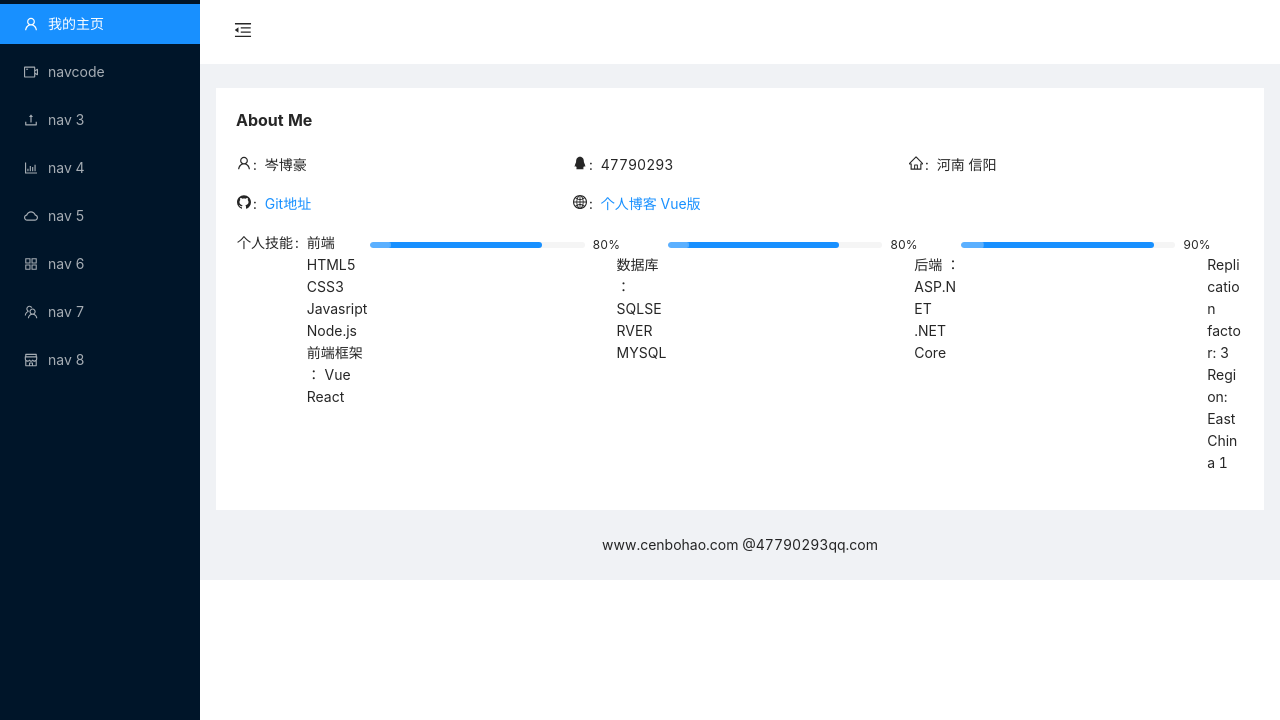
Repository: CBH20010703/bolgsweb
Page: /index (app in blogs/)
An editor plug-in stored every save of this project. The page is shown before and after the next save, followed by the edit.
The browser window is 1280 px wide. The pictures show the whole page.
The project was rebuilt for these pictures with package versions that can differ from the ones it lists, and the page was loaded fresh each time. Also part of the build but not shown: blogs/src/view/Login/Login.jsx, blogs/src/component/Menu/MenuList.css, blogs/src/view/Home/Home.css, blogs/src/view/NavCode/NavCode.css, blogs/src/view/NavCode/NavCode.jsx, blogs/src/view/404/Error.jsx.

Above is the page before, as saved 2021-06-27 22:28:25.

### blogs/src/index.js
import React from 'react';
import ReactDOM from 'react-dom';
import './index.css';
import App from './App';
import { BrowserRouter} from 'react-router-dom'


ReactDOM.render(<BrowserRouter><App /></BrowserRouter>,document.getElementById('root'));

### blogs/src/App.js
import './App.css';
import { React, Component } from "react";

import  RouterMap from "./router/RouterMap"
export default class  App extends Component {
  constructor(props) {
    super(props);
    this.state = {  collapsed: false, }
  }
  toggle = (data) => {
     console.log(data)
    this.setState({
      collapsed: data,
    });
  };
  render() {
    return (
      <RouterMap/>
    );
  }
}

### blogs/src/router/RouterMap.js
import React from 'react'
import {  Route, Switch} from 'react-router-dom'
import Login from "../view/Login/Login"
import Context from '../view/context/context'
import Error from '../view/404/Error'
export default class RouterMap  extends React.Component {
    render() {
        return (


            <Switch>
                 <Route  path="/"  component={Context}/>
                <Route path="/login" component={Login} />

                    <Route path="*" component={Error} />

               </Switch>


        )
    }
}

### blogs/src/view/context/context.jsx

import { React, Component } from "react";
import Headers from '../../component/Header/Headers';
import MenuList from '../../component/Menu/MenuList';
import Footers from '../../component/Footer/Footers';

import { Layout } from 'antd';
import { Redirect, Route, Switch } from 'react-router-dom'
import Home from "../Home/Home.jsx";
import Navcode from "../NavCode/NavCode.jsx"
import Error from "../404/Error";
const { Content, Sider } = Layout;
export default class Context extends Component {
  constructor(props) {
    super(props);
    this.state = { collapsed: false, }
  }
  toggle = (data) => {
    console.log(data)
    this.setState({
      collapsed: data,
    });
  };
  render() {
    return (

      <Layout>
        <Sider trigger={null} collapsible collapsed={this.state.collapsed}
          style={{
            overflow: 'auto',
            height: '100vh',
            position: 'fixed',
            left: 0,
          }}
        >
          <MenuList />
        </Sider>
        <Layout className="site-layout" style={{ paddingLeft: this.state.collapsed ? "60px" : "200px", transition: "0.1s ease" }}>
          <Headers toggle={this.toggle} parent={this.state.collapsed}></Headers>
          <Content style={{ margin: '24px 16px 0', height: "auto", background: "#fff" }}>
            <Switch>
              <Route path="/index" component={Home} />
              <Route path="/NavCode" component={Navcode} />
              <Route path="*" component={Error} />
              <Redirect to="/index"></Redirect>
            </Switch>
          </Content>
          <Footers />
        </Layout>
      </Layout>


    );
  }
}

### blogs/src/component/Header/Headers.jsx
import React, { Component } from 'react'
import { Layout } from 'antd';


import {
  MenuUnfoldOutlined,
  MenuFoldOutlined,
} from '@ant-design/icons';
import "./Headers.css"
const { Header } = Layout;
export default class Headers extends Component {
    constructor(props) {
        super(props)
        this.state = {
            isShow:false
        }
    }
    Tab = () => {
        let { isShow } = this.state;
        this.setState({
            isShow:!isShow
        })
        this.props.toggle(!isShow);

    }
    render() {

        return (

                <Header className="site-layout-background" style={{ paddingLeft:"10px" }} >
                     {React.createElement(this.state.isShow ? MenuUnfoldOutlined : MenuFoldOutlined, {
              className: 'trigger',
                         onClick: this.Tab,

            })}
                </Header>

        )
    }
}

### blogs/src/component/Menu/MenuList.jsx
import React, { Component } from 'react'
import { Menu } from 'antd';
import {Link} from 'react-router-dom'
import "./MenuList.css"
import {
  AppstoreOutlined,
  BarChartOutlined,
  CloudOutlined,
  ShopOutlined,
  TeamOutlined,
  UserOutlined,
  UploadOutlined,
  VideoCameraOutlined,
} from '@ant-design/icons';
export default class MenuList extends Component {
  render() {
    return (

         <Menu theme="dark" mode="inline" defaultSelectedKeys={['1']}>
          <Menu.Item key="1"  icon={<UserOutlined />}>
          <Link to="/index"> 我的主页
            </Link>

          </Menu.Item>
          <Menu.Item key="2" icon={<VideoCameraOutlined />}>
          <Link to="/NavCode"> navcode
            </Link>

          </Menu.Item>
          <Menu.Item key="3" icon={<UploadOutlined />}>
            nav 3
          </Menu.Item>
          <Menu.Item key="4" icon={<BarChartOutlined />}>
            nav 4
          </Menu.Item>
          <Menu.Item key="5" icon={<CloudOutlined />}>
            nav 5
          </Menu.Item>
          <Menu.Item key="6" icon={<AppstoreOutlined />}>
            nav 6
          </Menu.Item>
          <Menu.Item key="7" icon={<TeamOutlined />}>
            nav 7
          </Menu.Item>
          <Menu.Item key="8" icon={<ShopOutlined />}>
            nav 8
          </Menu.Item>
        </Menu>
    )
  }
}

### blogs/src/component/Footer/Footers.jsx
import React, { Component } from 'react'
import { Layout } from 'antd';
const {  Footer } = Layout;
export default class Footers extends Component {
    render() {
        return (
            <div>
               <Footer style={{ textAlign: 'center' }}>www.cenbohao.com @47790293qq.com</Footer>
            </div>
        )
    }
}

### blogs/src/view/Home/Home.jsx
import React, { Component } from 'react'
import "./Home.css"
import { Descriptions, Progress } from 'antd';
import { UserOutlined, QqOutlined, HomeOutlined, GithubOutlined, GlobalOutlined } from '@ant-design/icons';
export default class Home extends Component {

    handleClick = e => {
        console.log('click ', e);
    };
    render() {
        return (

            <div style={{ padding: "20px" }}>
                <Descriptions title="About Me">
                    <Descriptions.Item label={<UserOutlined />}>岑博豪</Descriptions.Item>
                    <Descriptions.Item label={<QqOutlined />}>47790293</Descriptions.Item>
                    <Descriptions.Item label={<HomeOutlined />}>河南 信阳</Descriptions.Item>
                    <Descriptions.Item label={<GithubOutlined />}><a href="https://github.com/CBH20010703"  >Git地址</a></Descriptions.Item>
                    <Descriptions.Item label={<GlobalOutlined />} span={2}>
                        <a href="http://www.cenbohao.com/">个人博客 Vue版</a>
                    </Descriptions.Item>
                    <Descriptions.Item label="个人技能">
                        前端 HTML5 CSS3 Javasript  Node.js
                        <br />
                        前端框架 ： Vue React
                        <Progress percent={80} size="small" status="active" />
                        <br />
                        数据库 ：SQLSERVER MYSQL
                        <Progress percent={80} size="small" status="active" />
                        <br />
                        后端 ：ASP.NET .NET Core
                        <Progress percent={90} size="small" status="active" />
                        <br />
                        Replication factor: 3
                        <br />
                        Region: East China 1<br />
                    </Descriptions.Item>
                </Descriptions>
            </div>

        )
    }
}

### blogs/src/component/Header/Headers.css
.site-layout .site-layout-background {
    background: #fff;
}

 .trigger {
    padding: 0 24px;
    font-size: 18px;
    line-height: 64px;
    cursor: pointer;
    transition: color 0.3s;
}

 .trigger:hover {
    color: #1890ff;
}

Loaded but not shown: blogs/public/index.html (common file); blogs/src/index.css (common file); blogs/src/App.css (common file)

After the next save:
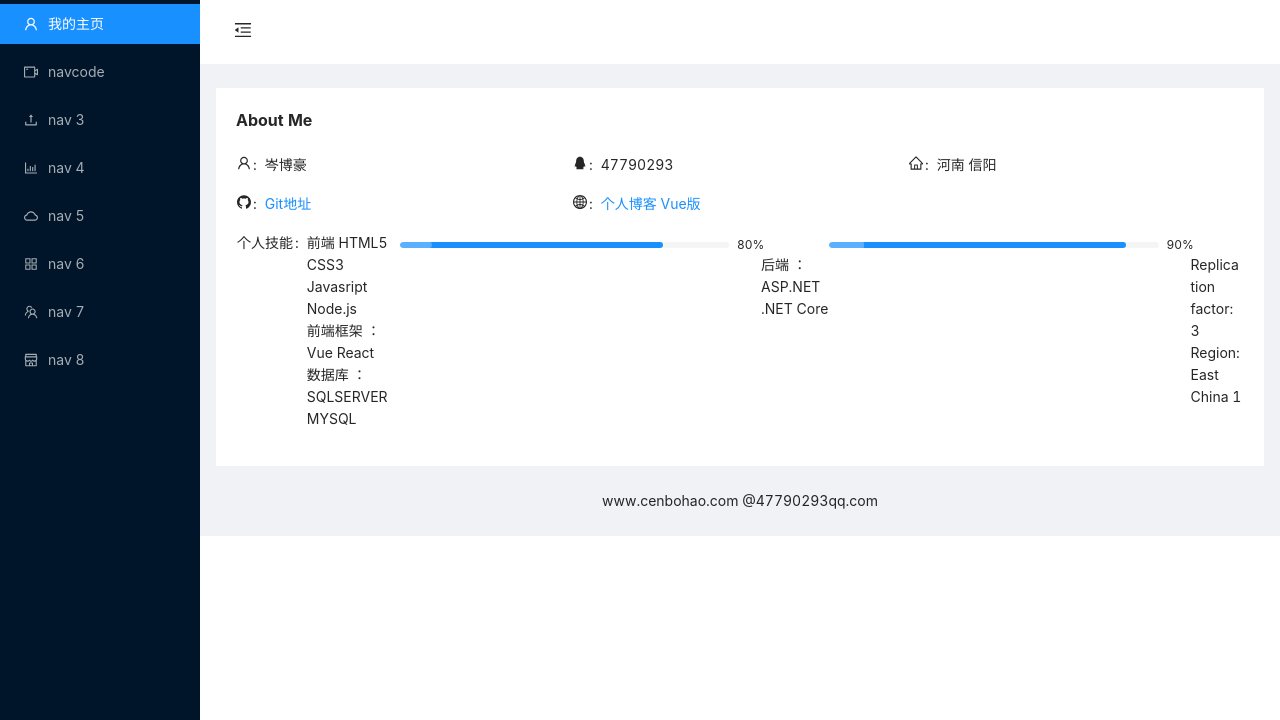
Saved 46 s later.
--- a/blogs/src/view/Home/Home.jsx
+++ b/blogs/src/view/Home/Home.jsx
@@ -23,7 +23,7 @@ export default class Home extends Component {
                         前端 HTML5 CSS3 Javasript  Node.js
                         <br />
                         前端框架 ： Vue React
-                        <Progress percent={80} size="small" status="active" />
+
                         <br />
                         数据库 ：SQLSERVER MYSQL
                         <Progress percent={80} size="small" status="active" />
